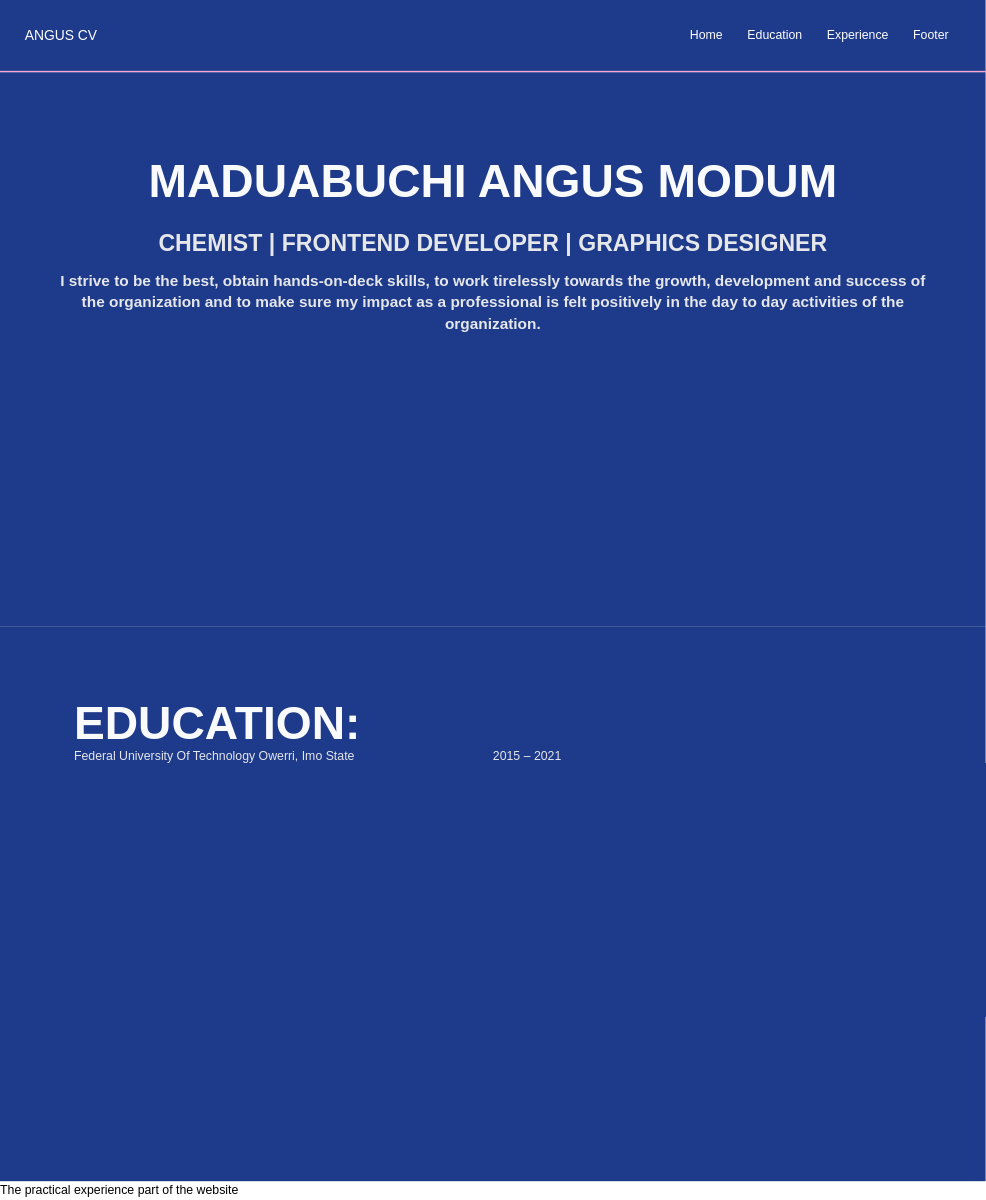
Repository: AngusOnyebuchi/AngusOnyebuchi.github.io
Page: /
An editor plug-in stored every save of this project. The page is shown before and after the next save, followed by the edit.
The browser window is 1280 px wide. The pictures show the whole page, at 77% of full size.
The project was rebuilt for these pictures with package versions that can differ from the ones it lists, and the page was loaded fresh each time.

Above is the page before, as saved 2022-04-17 19:18:33.

After the next save:
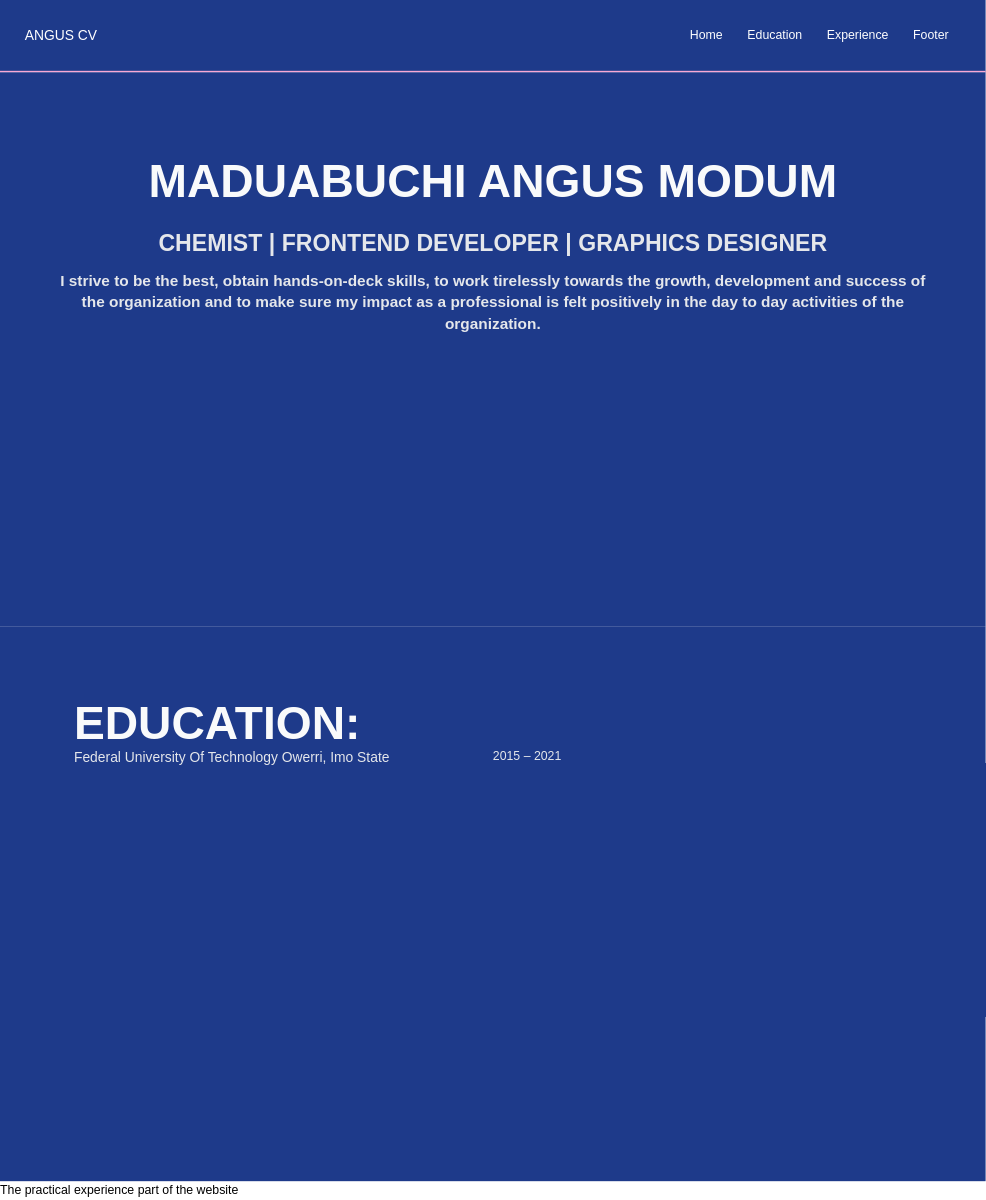
Saved 34 s later.
--- a/src/components/Education.js
+++ b/src/components/Education.js
@@ -5,7 +5,7 @@
         <div className="bg-blue-900 w-full h-screen text-gray-200">
             <h1 className="text-4xl md:text-6xl font-bold uppercase pt-24 text-left ml-24 text-gray-50">Education:</h1>
             <div className="grid grid-cols-2 mx-24">
-                <h3 className="capitalize">Federal university of technology owerri, Imo state</h3>
+                <h3 className="capitalize text-lg">Federal university of technology owerri, Imo state</h3>
                 <h4>2015 – 2021</h4>
             </div>
         </div>
